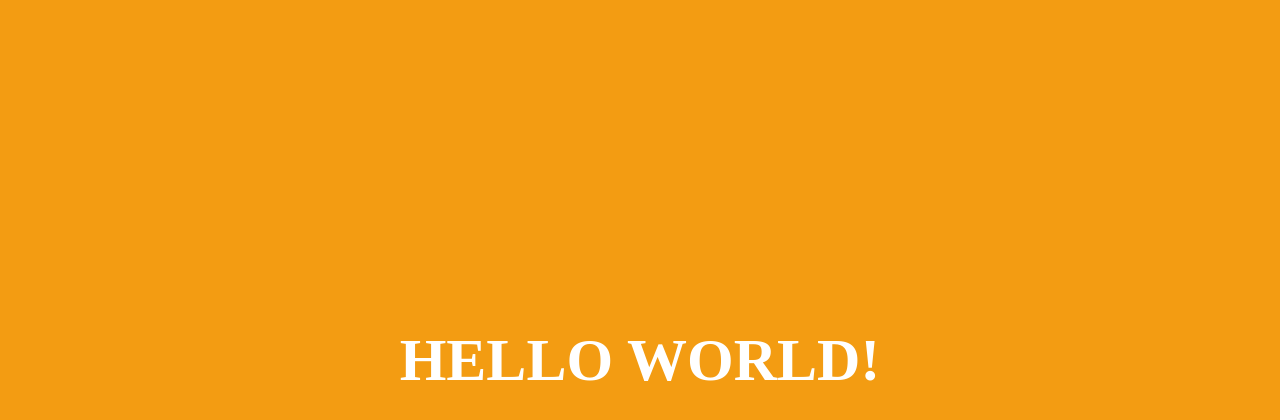
Repository: phong121020/Text-Animation
Page: assets/index.html
An editor plug-in stored every save of this project. The page is shown before and after the next save, followed by the edit.
The browser window is 1280 px wide. The pictures show the whole page.

Above is the page before, as saved 2022-03-12 16:20:51.

After the next save:
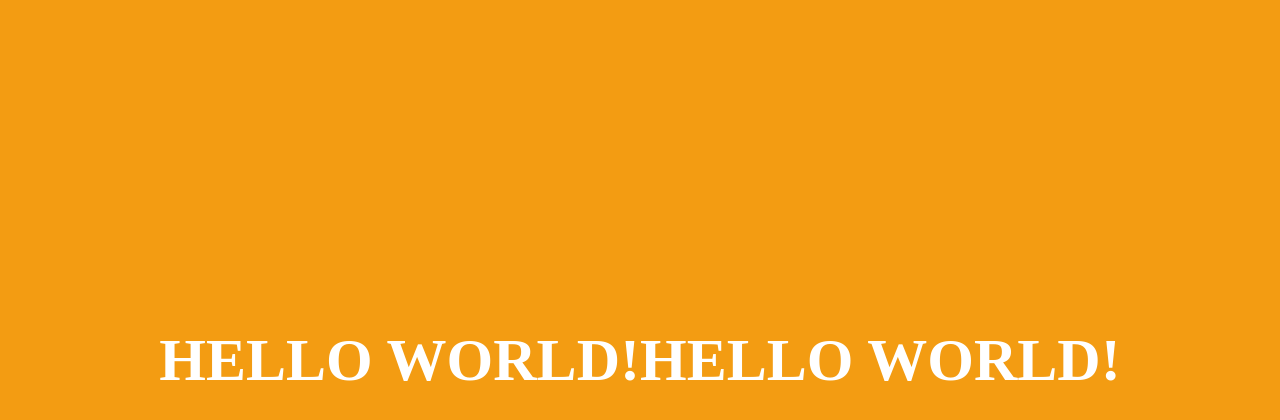
Saved 2 min 5 s later.
--- a/assets/app.js
+++ b/assets/app.js
@@ -28,3 +28,6 @@ const h1 = document.querySelector("h1");
 const text = h1.textContent;
 const splitText = text.split("");
 console.log(splitText);
+for (let i = 0; i < splitText.length; i++) {
+  h1.innerHTML += "<span>" + splitText[i] + "</span>";
+}

After the 2 saves that followed:
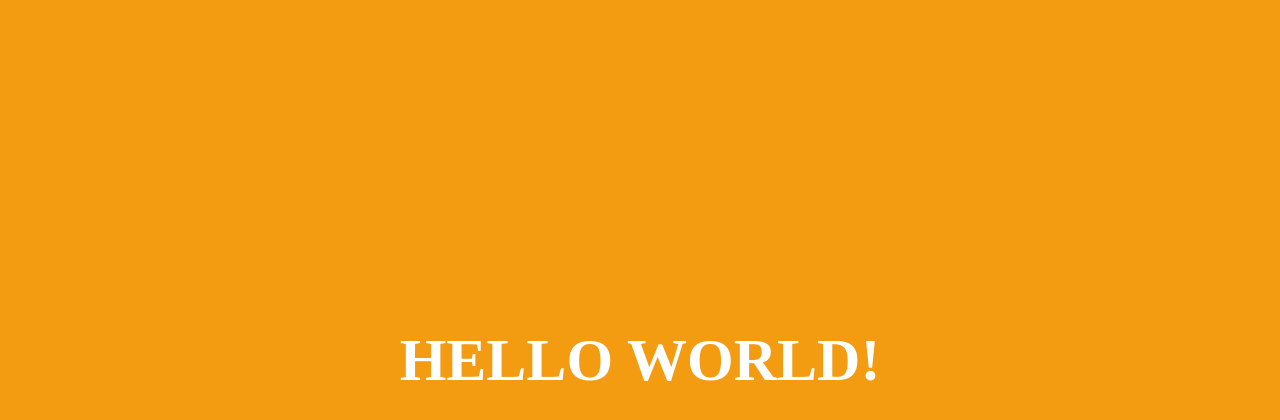
The 2 saves are shown as one change because 1 left the picture as it was.
The last was saved 26 s later.
--- a/assets/app.js
+++ b/assets/app.js
@@ -27,6 +27,7 @@
 const h1 = document.querySelector("h1");
 const text = h1.textContent;
 const splitText = text.split("");
+h1.textContent = "";
 console.log(splitText);
 for (let i = 0; i < splitText.length; i++) {
   h1.innerHTML += "<span>" + splitText[i] + "</span>";
